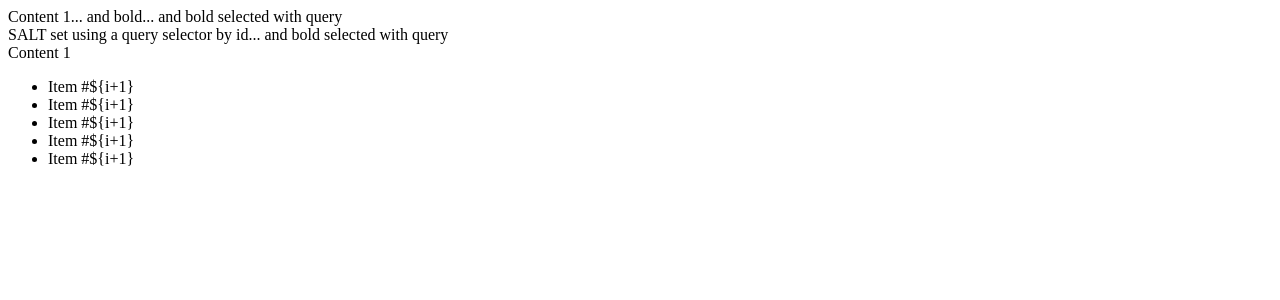
Repository: sammkrt/saltPrecourse
Page: jsDom-trainingGround/index.html
The author's editor kept a copy of each file at every save. The page is drawn from the files as they stood at one save, then again after the next save.
The browser window is 1280 px wide. The pictures show the whole page.

Above is the page before, as saved 2022-12-23 21:14:20.

### jsDom-trainingGround/index.html
<!DOCTYPE html>
<html lang="en">
<head>
    <meta charset="UTF-8">
    <meta http-equiv="X-UA-Compatible" content="IE=edge">
    <meta name="viewport" content="width=device-width, initial-scale=1.0">
    <title>Javascript training ground</title>
    <script src="functions.js"></script>
    <script>
        console.log("salt> In the head.");

        function AddListInMain (numberItemList) {
            const ulItem = document.createElement('ul');
            for (let i = 0; i < numberItemList; i++) {
                const liItem = document.createElement('li');
                liItem.textContent = 'Item #${i+1}';
                ulItem.appendChild(liItem);
            }
            const main = document.querySelector('main');
            main.appendChild(ulItem);
        }
    </script>
</head>
<body>
    <script>
        console.log("salt> Start of body");
    </script>
    <main>
        <div name="content" class="big bold bright">Content 1</div>
        <div class="big bold" id="companyName">Content 1</div>
        <div name="content" class="big">Content 1</div>
        <ul>

        </ul>

    </main>
    <script>

        const companyName = myFunctions.getCompanyName();
        document.getElementById('companyName').innerHTML = companyName;
        const boldNodes = document.getElementsByClassName("bold");
        for (let i = 0; i < boldNodes.length; i++) {
            boldNodes[i].innerHTML += "... and bold"
        }

        const companyNameElement = document.querySelector('#companyName');
        companyNameElement.innerHTML = companyName + ' set using a query selector by id';

        const boldNodesQuerySelected = document.querySelectorAll('.bold');
        for (let i = 0; i < boldNodesQuerySelected.length; i++) {
            boldNodesQuerySelected[i].innerHTML += '... and bold selected with query ';
        }
    </script>

    <script>
        AddListInMain(5);
    </script>
</body>
</html>

### jsDom-trainingGround/functions.js
const myFunctions = {
    getCompanyName : function () {
        return "SALT";
        console.log(this);
    }
}

console.log("salt> Functions loaded");

After the next save:
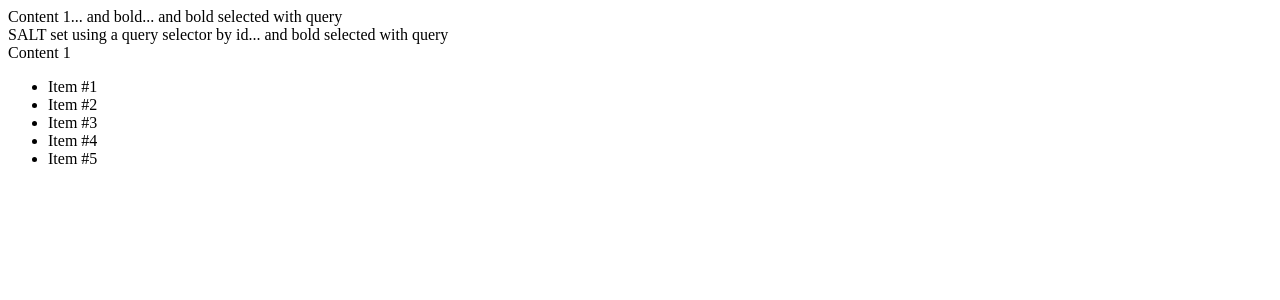
Saved 14 min 32 s later.
--- a/jsDom-trainingGround/index.html
+++ b/jsDom-trainingGround/index.html
@@ -13,7 +13,7 @@
             const ulItem = document.createElement('ul');
             for (let i = 0; i < numberItemList; i++) {
                 const liItem = document.createElement('li');
-                liItem.textContent = 'Item #${i+1}';
+                liItem.textContent = `Item #${i+1}`;
                 ulItem.appendChild(liItem);
             }
             const main = document.querySelector('main');
